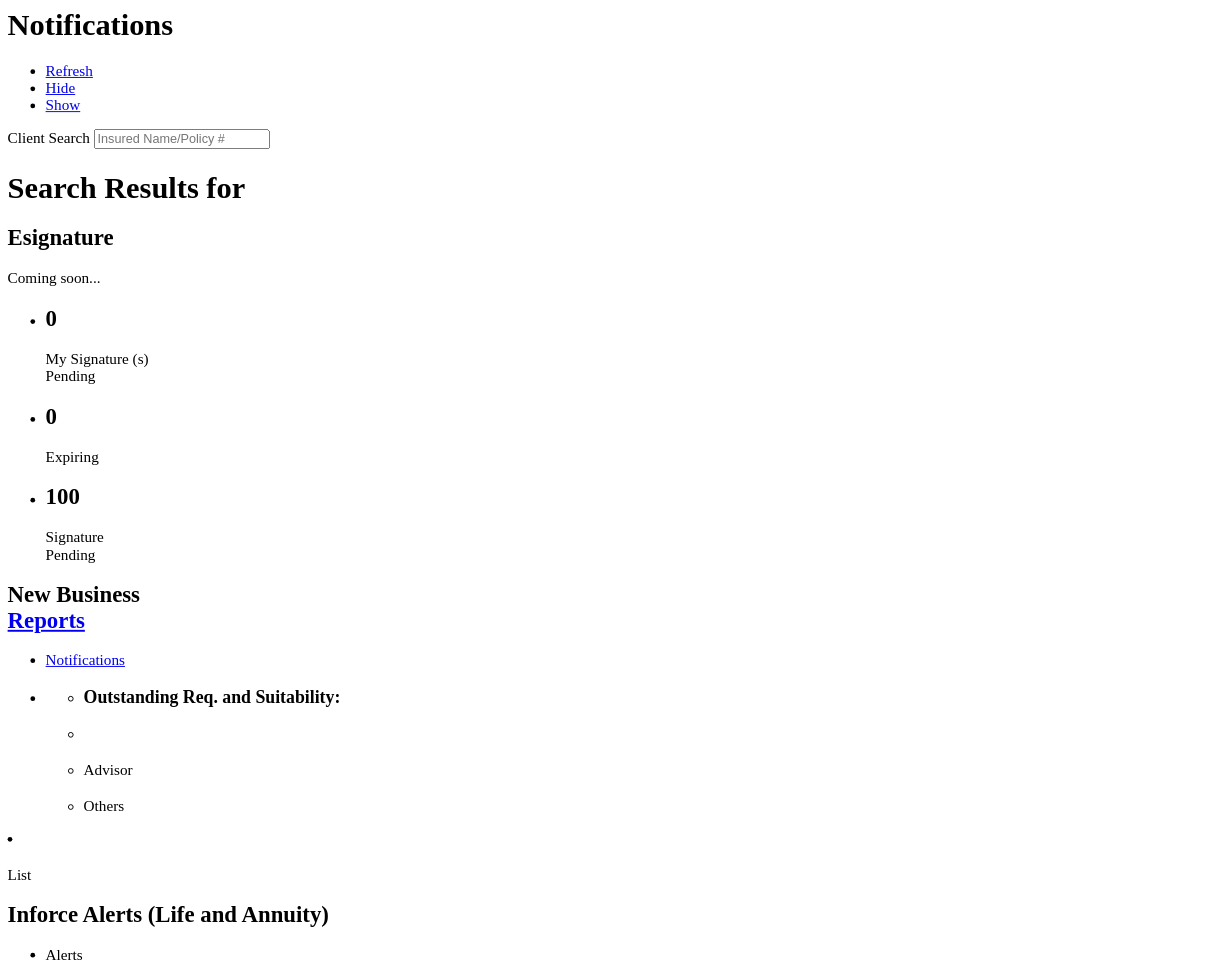
Repository: thakurvishal1990/angular_demo
Page: partials/dashboard.html
The author's editor kept a record of every edit. The page is drawn from the files as they stood at one moment, then again after the next edit.
The browser window is 1280 px wide. The pictures show the whole page, at 95% of full size.

Above is the page before.

### partials/dashboard.html
<!-- <p>This is the partial for view 1.</p> -->
<div class="notification-wrapper">
				<header class="clearfix notification-header-wrapper">
					<div class="row notification-header">
						<div class="col-xs-12 notifications-head-content">
							<div class="row">
								<h1 class="notifications-label col-white col-xs-5 col-md-4">Notifications</h1>
								<div class="col-xs-7 col-md-4 refresh-hide-container pull-right">
									<ul class="list-unstyled pull-right refresh-hide-wrapper">
										<li class="pull-left"><a href="javascript:" class="refresh-wrapper pull-left"> <span class="dashboard-refresh-content pull-left">Refresh</span> <span class="refresh-img-wrapper pull-left"></span> </a></li>
										<li class="pull-right"><a href="javascript:" class="hide-wrapper pull-left"> <span class="hide-content pull-left">Hide</span> <span class="hide-img-wrapper pull-left"></span><!-- <span class="hide-icon">&#45;</span> --> </a></li>
										<li class="pull-right hide"><a href="javascript:" class="show-wrapper pull-left"> <span class="show-content pull-left">Show</span> <span class="show-img-wrapper pull-left"></span><!-- <span class="hide-icon">&#45;</span> --> </a></li>
									</ul>
								</div>
								<div class="col-xs-12 col-md-8 client_search_container pull-left">

									<div class="client_search_wrapper form-group clearfix">
										<label for="clientSearch" class="client_search caps">Client Search</label>
										<input type="text" name="clientSearch" class="form-control client" id="clientSearch" placeholder="Insured Name/Policy #" autocomplete="off" />

									</div>
								</div>
							</div>


						</div>
					</div>
					<h1 id="searchResult" class="hide col-white search-result-wrapper"><span>Search Results for </span><span id="searchResultText" class="search-result-value"></span></h1>
				</header>
				<div class="notification-content">

					<section class="annuity-esignature-dashboard">


						<h2 class="annuity-esignature-dashboard-label"><span class="uppercase">Esignature</span></h2>
						<div id="commingsoon" class="hide row"><div class="col-xs-6 col-md-4"><div class="coming-soon-wrapper clearfix"><span class="pull-left coming-soon-content col-blue">Coming soon...</span></div></div></div>
						<ul class="annuity-esignature-dashboard-content row list-unstyled">
							<li class="col-xs-6  col-md-4">
								<div class="my-signature-pending clearfix">
									<div class="my-signature-pending-count-wrapper">
										<h2 class="my-signature-pending-count col-blue" id="my-sign">0</h2>

									</div>

									<div class="my-signature-pending-content-wrapper">
										<span class="pull-left my-signature-pending-content col-blue">My Signature (s)
											<br>
											Pending</span>
											<span class="pull-right right-arrow-wrapper">  </span>
										</div>
									</div>

								</li>
								<li class="col-xs-6  col-md-4">
									<div class="expiring clearfix">
										<div class="expiring-count-wrapper">
											<h2 class="col-blue my-signature-pending-count" id="expiringCount">0</h2>
										</div>
										<div class="expiring-content-wrapper">
											<span class="pull-left expiring-content col-blue">Expiring</span>
											<span class="pull-right right-arrow-wrapper">  </span>
										</div>
									</div>
								</li>
								<li class="col-xs-6  col-md-4">
									<div class="signature-pending clearfix">
										<div class="signature-pending-count-wrapper">
											<h2 class="signature-pending-count col-blue" id="sign-pending">100</h2>
										</div>
										<div class="signature-pending-content-wrapper">
											<span class="pull-left signature-pending-content col-blue">Signature
												<br>
												Pending</span>
												<span class="pull-right right-arrow-wrapper">  </span>
											</div>
										</div>
									</li>
								</ul>

							</section>
							<section class="new-business">
								<h2 class="new-business-label clearfix">
									<span class="uppercase pull-left">New Business</span>

									<div class="pull-right reports-wrapper reports">
										<a class="pull-left" href="/axae/myportal/rad/util/reports/">
											<span class="pull-left col-white reports-cont">Reports</span>
											<span class="pull-left reports-arrow-wrapper icon"></span>
										</a>
									</div>

								</h2>
								<ul class="new-business-content row list-unstyled">
									<li class="col-xs-6  col-md-4">
										<a class="notifications clearfix" href="#landing">
											<div class="notifications-count-wrapper">
												<h2 class="notifications-count col-blue"></h2>
											</div>
											<div class="notifications-content-wrapper">
												<span class="pull-left notifications-content col-blue"> Notifications</span>
												<span class="pull-right right-arrow-wrapper"> </span>
											</div>
										</a>
									</li>
									<li class="col-xs-6  col-md-4">
										<div class="outstanding-req clearfix">
											<ul class="outstanding-req-list clearfix list-unstyled">
												<li class="outstanding-req-content-wrapper">
													<h3 class="col-white outstanding-req-content">Outstanding Req. and Suitability:</h3>

												</li>
												<li class="outstanding-req-list-content-wrapper">
													<div class="outstanding-req-list-content clearfix">

														<li class="dashboard-advisor bord-bot-gry clearfix">
															<div class="dashboard-advisor-count-wrapper">
																<h2 class="dashboard-advisor-count col-blue"></h2>
															</div>
															<div class="dashboard-advisor-content-wrapper">
																<span class="pull-left dashboard-advisor-content col-blue">Advisor</span>
																<span class="pull-right dashboard-advisor-content-right-arrow-wrapper right-arrow-wrapper">  </span>
															</div>

														</li>
														<li class="dashboard-service-center clearfix">
															<div class="dashboard-service-center-count-wrapper">
																<h2 class="dashboard-service-center-count col-blue"></h2>
															</div>
															<div class="dashboard-service-center-content-wrapper">
																<span class="pull-left dashboard-service-center-content col-blue">Others</span>
																<span class="pull-right dashboard-service-center-right-arrow-wrapper right-arrow-wrapper"> </span>
															</div>

														</li>
													</div>
												</li>
											</ul>
										</div>
									</li>
									<li class="col-xs-6  col-md-4">
										<a class="list clearfix">
											<div class="list-count-wrapper">
												<h2 class="list-count col-blue" id="bnsLstCnt"></h2>
											</div>
											<div class="list-content-wrapper">
												<span class="pull-left list-content col-blue">List</span>
												<span class="pull-right right-arrow-wrapper">  </span>
											</div>
										</a>

									</li>
								</ul>
							</section>
							<section class="inforce">
								<h2 class="inforce-label"><span class="uppercase">Inforce Alerts </span><span>(Life and Annuity)</span> <!-- <span class="alerts-caption">(Coming soon!)</span> --></h2>

								<ul class="inforce-content row list-unstyled">
									<li class="col-xs-6  col-md-4">
										<a class="inforce-alerts-bt clearfix">
											<div class="inforce-alerts-bt-count-wrapper">
												<h2 class="inforce-alerts-bt-count col-blue"></h2>
											</div>
											<div class="inforce-alerts-bt-content-wrapper">
												<span class="pull-left inforce-alerts-bt-content col-blue"> Alerts</span>
												<span class="pull-right right-arrow-wrapper">  </span>
											</div>
										</a>
									</li>

								</ul>
							</section>
						</div>
					</div>

After the next edit:
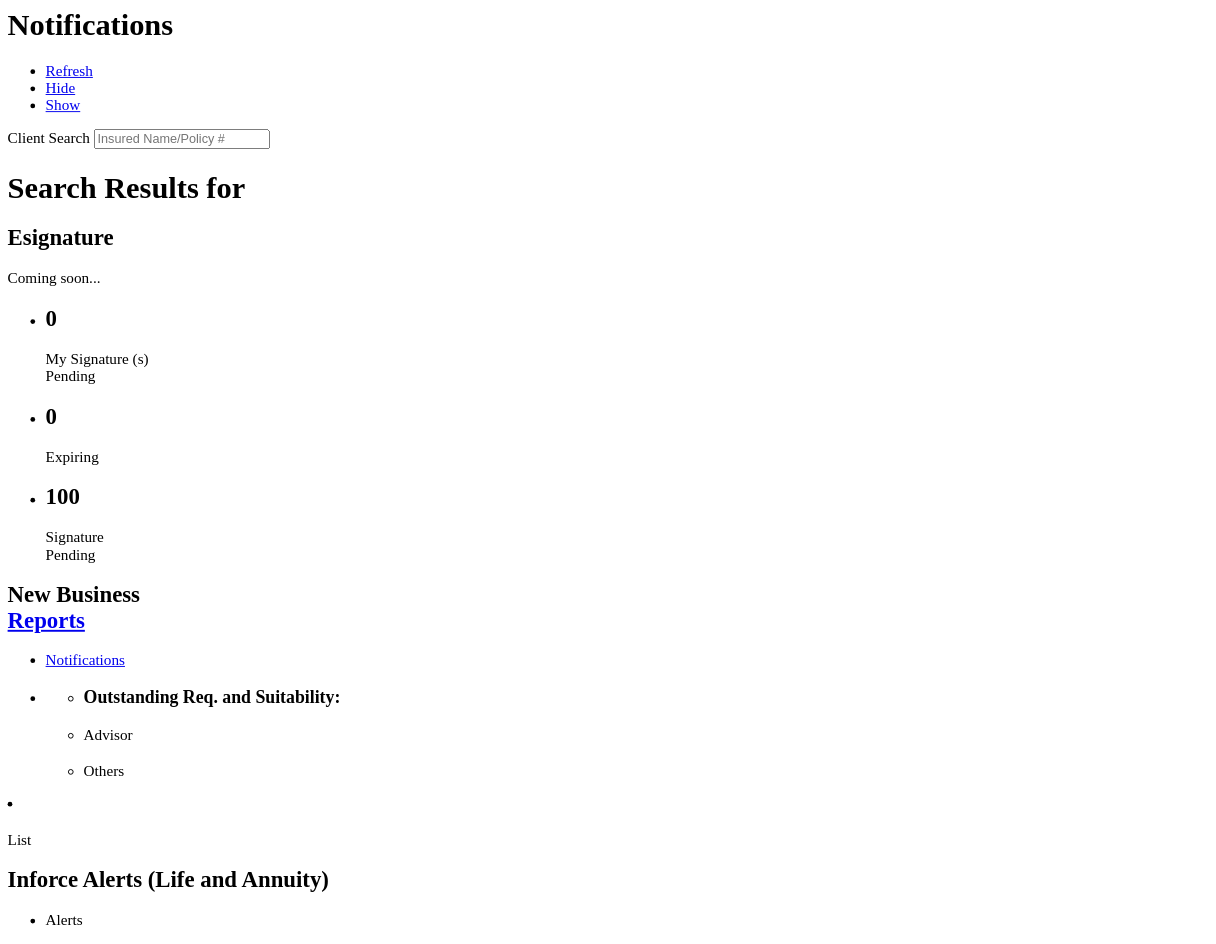
The edit:
--- a/partials/dashboard.html
+++ b/partials/dashboard.html
@@ -112,7 +112,7 @@
 												<li class="outstanding-req-list-content-wrapper">
 													<div class="outstanding-req-list-content clearfix">
 
-														<li class="dashboard-advisor bord-bot-gry clearfix">
+														<a class="dashboard-advisor bord-bot-gry clearfix">
 															<div class="dashboard-advisor-count-wrapper">
 																<h2 class="dashboard-advisor-count col-blue"></h2>
 															</div>
